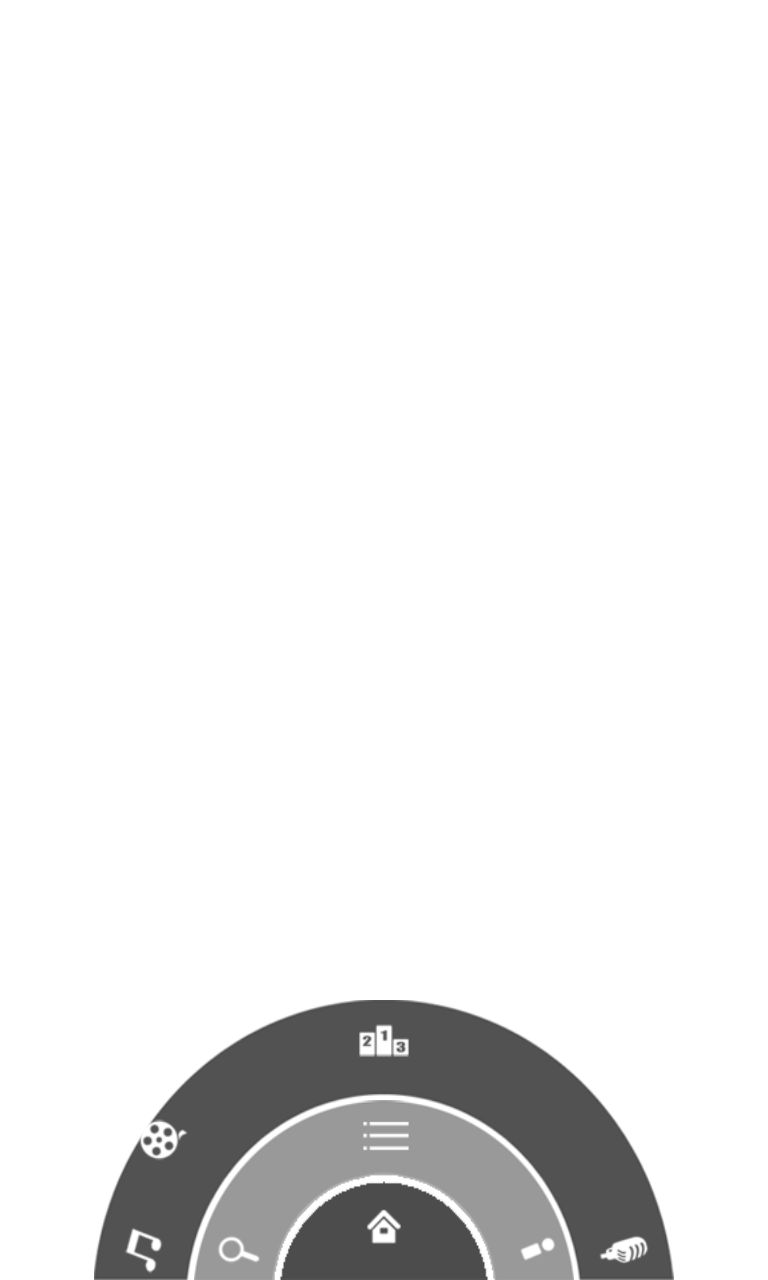
Repository: ASmouse/View
Layout: 02_UkuDemo14/res/layout/activity_main.xml
An editor plug-in stored every save of this project. The layout is shown before and after the next save, followed by the edit.
It is drawn on a 768 x 1280 px phone screen (xhdpi) without system bars, with theme AppTheme; the app's code is not run.

Above is the layout before, as saved 2015-10-24 03:08:09.

After the next save:
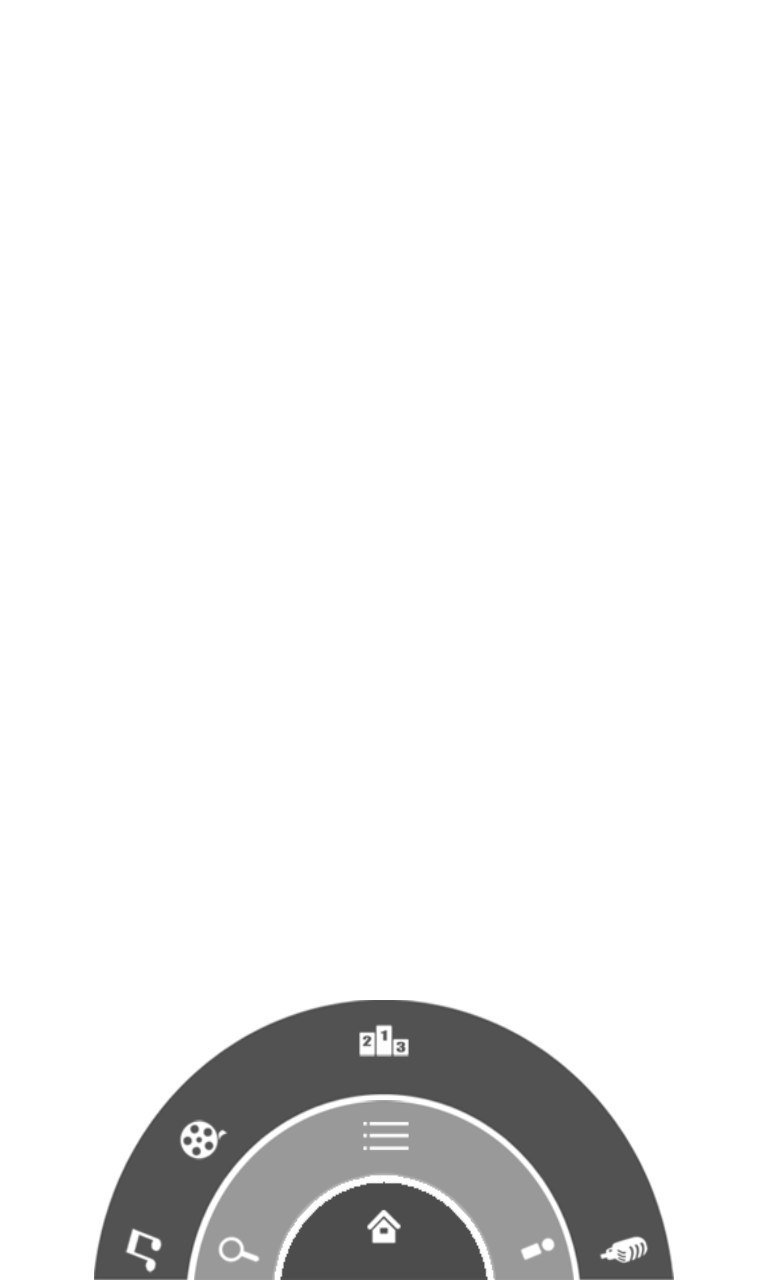
Saved 7 s later.
--- a/02_UkuDemo14/res/layout/activity_main.xml
+++ b/02_UkuDemo14/res/layout/activity_main.xml
@@ -108,7 +108,7 @@
         <!-- 第二个按钮 -->
 
         <ImageView
-            android:layout_marginLeft="20dip"
+            android:layout_marginLeft="40dip"
             android:layout_above="@id/channel1"
 
             android:layout_marginBottom="25dip"
